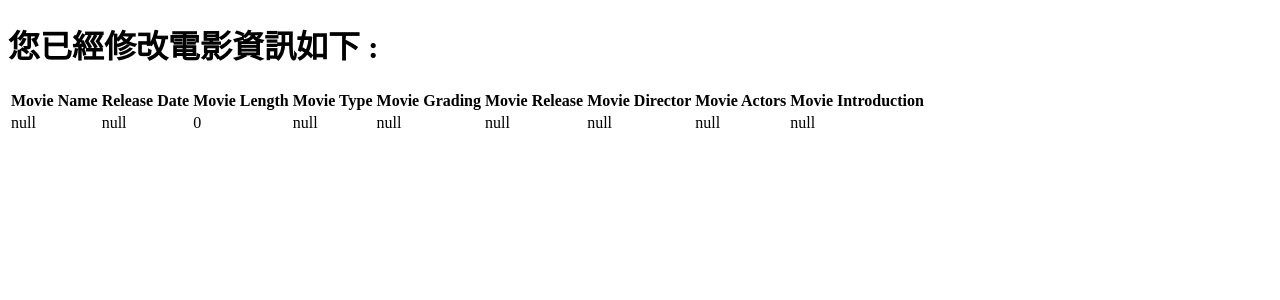
Repository: PEICHI26/Cinema
Page: http://localhost/Cinema/UpdateResult.jsp
The author's editor kept a copy of each file at every save. The page is drawn from the files as they stood at one save, then again after the next save.
The browser window is 1280 px wide. The pictures show the whole page.
The page is served by Tomcat 9. Nobody is signed in. The application's start-up code is not run. Other server files are loaded and not shown.

Above is the page before, as saved 2021-12-18 09:25:02.

### Cinema/src/main/webapp/UpdateResult.jsp
<%@ page language="java" contentType="text/html; charset=UTF-8"
    pageEncoding="UTF-8"%>
<!DOCTYPE html>
<html>
<head>
<meta charset="UTF-8">
<title>Update Result</title>
</head>
<body>
<jsp:useBean id="updateName" class="tw.cinema.model.Movie" scope="session" />
<jsp:useBean id="updateType" class="tw.cinema.model.Movie" scope="session" />
<jsp:useBean id="updateDate" class="tw.cinema.model.Movie" scope="session" />
<jsp:useBean id="updateLength" class="tw.cinema.model.Movie" scope="session" />
<jsp:useBean id="updateRelease" class="tw.cinema.model.Movie" scope="session" />
<jsp:useBean id="updateGrading" class="tw.cinema.model.Movie" scope="session" />
<jsp:useBean id="updateDirector" class="tw.cinema.model.Movie" scope="session" />
<jsp:useBean id="updateActor" class="tw.cinema.model.Movie" scope="session" />
<jsp:useBean id="updateIntro" class="tw.cinema.model.Movie" scope="session" />

<h1>您已經修改電影資訊如下 :</h1>
<table>
  <tr>

    <th>Movie Name</th>
    <th>Release Date</th>
    <th>Movie Length</th>
    <th>Movie Type</th>
    <th>Movie Grading</th>
    <th>Movie Release</th>
    <th>Movie Director</th>
    <th>Movie Actors</th>
    <th>Movie Introduction</th>


  </tr>
  <tr>
    <td><jsp:getProperty name="updateName" property="movie_Name" /></td>
    <td><jsp:getProperty name="updateDate" property="movie_Date" /></td>
    <td><jsp:getProperty name="updateLength" property="movie_Length" /></td>
    <td><jsp:getProperty name="updateType" property="type" /></td>
    <td><jsp:getProperty name="updateGrading" property="grading" /></td>
    <td><jsp:getProperty name="updateRelease" property="release" /></td>
    <td><jsp:getProperty name="updateDirector" property="director" /></td>
    <td><jsp:getProperty name="updateActor" property="actor" /></td>
    <td><jsp:getProperty name="updateIntro" property="intro" /></td>


  </tr>

</table>
</body>
</html>

### Cinema/src/main/java/tw/cinema/model/Movie.java
package tw.cinema.model;

import java.io.Serializable;
import java.util.Date;

import javax.persistence.Column;
import javax.persistence.Entity;
import javax.persistence.GeneratedValue;
import javax.persistence.GenerationType;
import javax.persistence.Id;
import javax.persistence.Table;

@Entity
@Table(name = "movie")
public class Movie implements Serializable {

	@Id
	@GeneratedValue(strategy = GenerationType.IDENTITY)
	@Column(name = "movie_No")
	private int movie_No;

	@Column(name = "movie_Name")
	private String movie_Name;

	@Column(name = "movie_Date")
	private Date movie_Date;

	@Column(name = "movie_Length")
	private int movie_Length;

	@Column(name = "type")
	private String type;

	@Column(name = "grading")
	private String grading;

	@Column(name = "release")
	private String release;

	@Column(name = "director")
	private String director;

	@Column(name = "actor")
	private String actor;

	@Column(name = "intro")
	private String intro;

	public Movie() {
		super();
	}

	public Movie(String movie_Name, Date movie_Date, int movie_Length, String type, String grading, String release,
			String director, String actor, String intro) {
		super();
		this.movie_Name = movie_Name;
		this.movie_Date = movie_Date;
		this.movie_Length = movie_Length;
		this.type = type;
		this.grading = grading;
		this.release = release;
		this.director = director;
		this.actor = actor;
		this.intro = intro;
	}

	public int getMovie_No() {
		return movie_No;
	}

	public void setMovie_No(int movie_No) {
		this.movie_No = movie_No;
	}

	public String getMovie_Name() {
		return movie_Name;
	}

	public void setMovie_Name(String movie_Name) {
		this.movie_Name = movie_Name;
	}

	public Date getMovie_Date() {
		return movie_Date;
	}

	public void setMovie_Date(Date movie_Date) {
		this.movie_Date = movie_Date;
	}

	public int getMovie_Length() {
		return movie_Length;
	}

	public void setMovie_Length(int movie_Length) {
		this.movie_Length = movie_Length;
	}

	public String getType() {
		return type;
	}

	public void setType(String type) {
		this.type = type;
	}

	public String getGrading() {
		return grading;
	}

	public void setGrading(String grading) {
		this.grading = grading;
	}

	public String getRelease() {
		return release;
	}

	public void setRelease(String release) {
		this.release = release;
	}

	public String getDirector() {
		return director;
	}

	public void setDirector(String director) {
		this.director = director;
	}

	public String getActor() {
		return actor;
	}

	public void setActor(String actor) {
		this.actor = actor;
	}

	public String getIntro() {
		return intro;
	}

	public void setIntro(String intro) {
		this.intro = intro;
	}


}

After the next save:
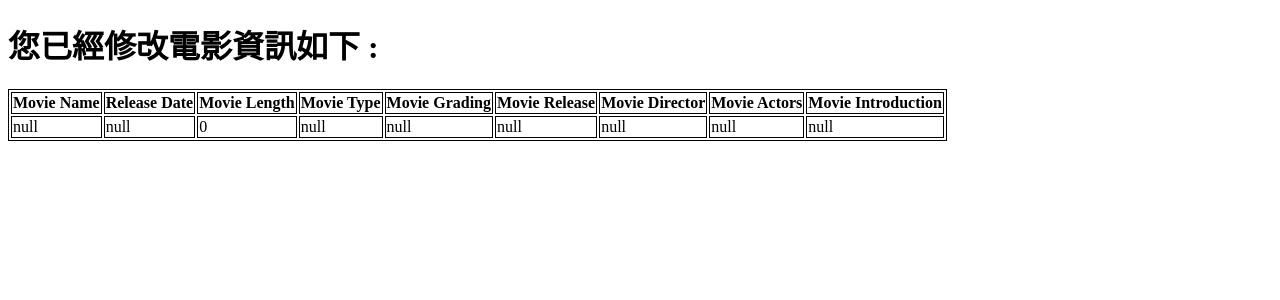
Saved 113 s later.
--- a/Cinema/src/main/webapp/UpdateResult.jsp
+++ b/Cinema/src/main/webapp/UpdateResult.jsp
@@ -5,6 +5,11 @@
 <head>
 <meta charset="UTF-8">
 <title>Update Result</title>
+<style>
+table, th, td {
+  border:1px solid black;
+}
+</style>
 </head>
 <body>
 <jsp:useBean id="updateName" class="tw.cinema.model.Movie" scope="session" />
